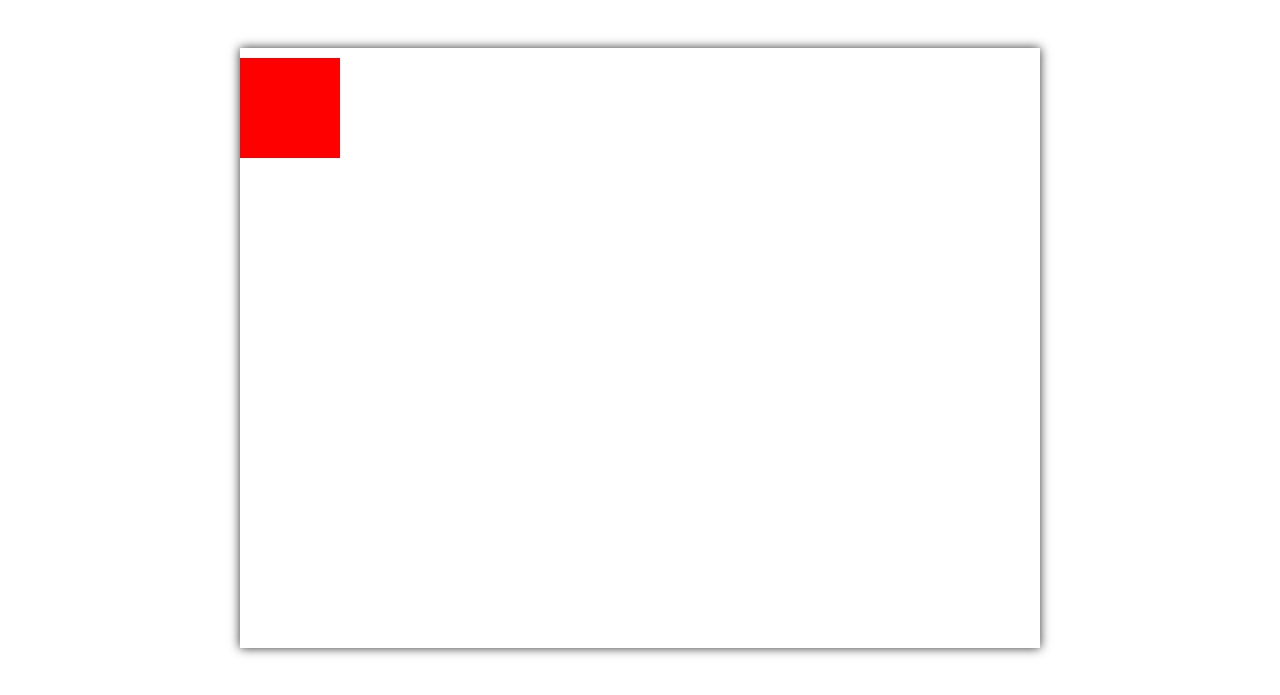
Repository: fangYiYuan/javascript-
Page: canvas/9.矩形碰撞.html
An editor plug-in stored every save of this project. The page is shown before and after the next save, followed by the edit.
The browser window is 1280 px wide. The pictures show the whole page.

Above is the page before, as saved 2020-04-14 16:58:47.

### canvas/9.矩形碰撞.html
<!DOCTYPE html>
<html lang="en">
<head>
  <meta charset="UTF-8">
  <meta name="viewport" content="width=device-width, initial-scale=1.0">
  <meta http-equiv="X-UA-Compatible" content="ie=edge">
  <title>Document</title>
</head>
<style>
  body{
    text-align: center;
    padding-top: 40px;
  }
  canvas {
    margin: 0 auto;
    box-shadow: 0 0 10px rgb(48, 47, 47);
  }
</style>
<body>
  <canvas id="draw" width="800" height="600"></canvas>
</body>
<script>
  let draw = document.getElementById('draw')
  let con = draw.getContext('2d')

  function Rect (x, y, w, h, s, c) {
    this.x = x
    this.y = y
    this.w = w
    this.h = h
    this.s = s
    this.c = c
  }
  Rect.prototype.draw = function () {
    con.fillStyle = this.c
    con.fillRect(this.x, this.y, this.w, this.h)
  }
  let rect1 = new Rect(0, 10, 100, 100, 2, 'red')
  let rect2 = new Rect(700, 10, 100, 100, 2, 'blue')
  rect1.draw()
</script>
</html>

After the next save:
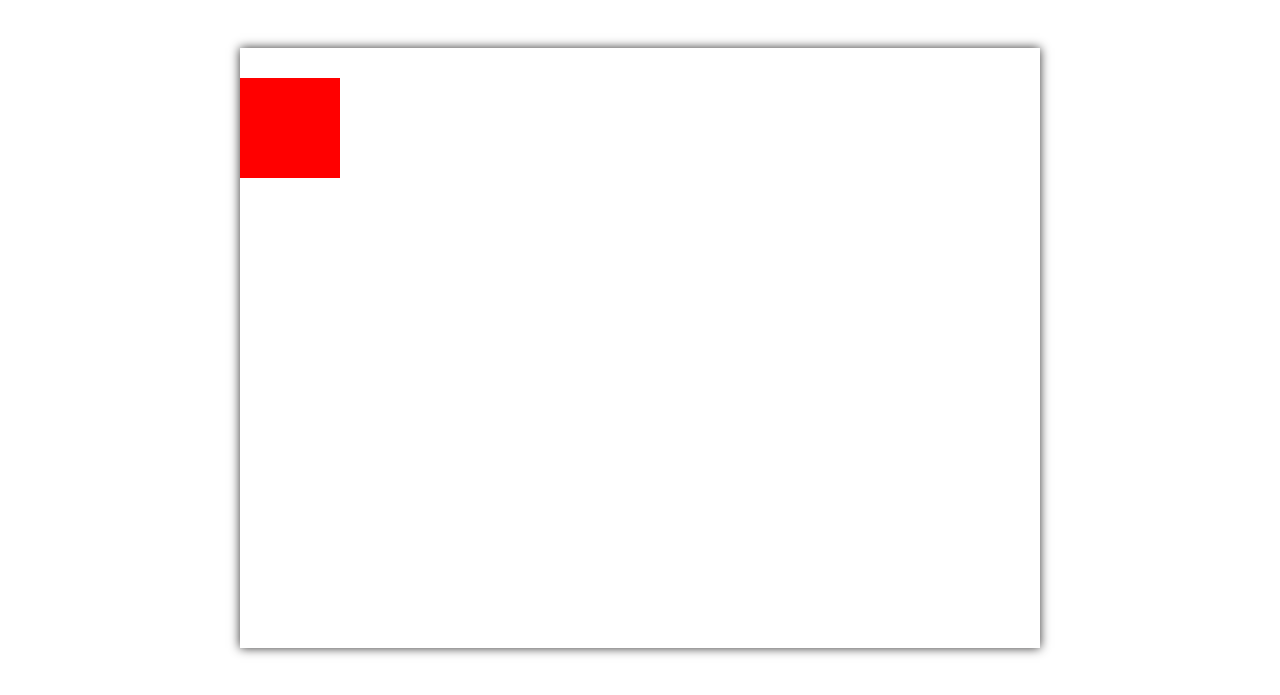
Saved 13 s later.
--- a/canvas/9.矩形碰撞.html
+++ b/canvas/9.矩形碰撞.html
@@ -35,8 +35,8 @@
     con.fillStyle = this.c
     con.fillRect(this.x, this.y, this.w, this.h)
   }
-  let rect1 = new Rect(0, 10, 100, 100, 2, 'red')
-  let rect2 = new Rect(700, 10, 100, 100, 2, 'blue')
+  let rect1 = new Rect(0, 30, 100, 100, 2, 'red')
+  let rect2 = new Rect(700, 40, 100, 100, 2, 'blue')
   rect1.draw()
 </script>
 </html>
